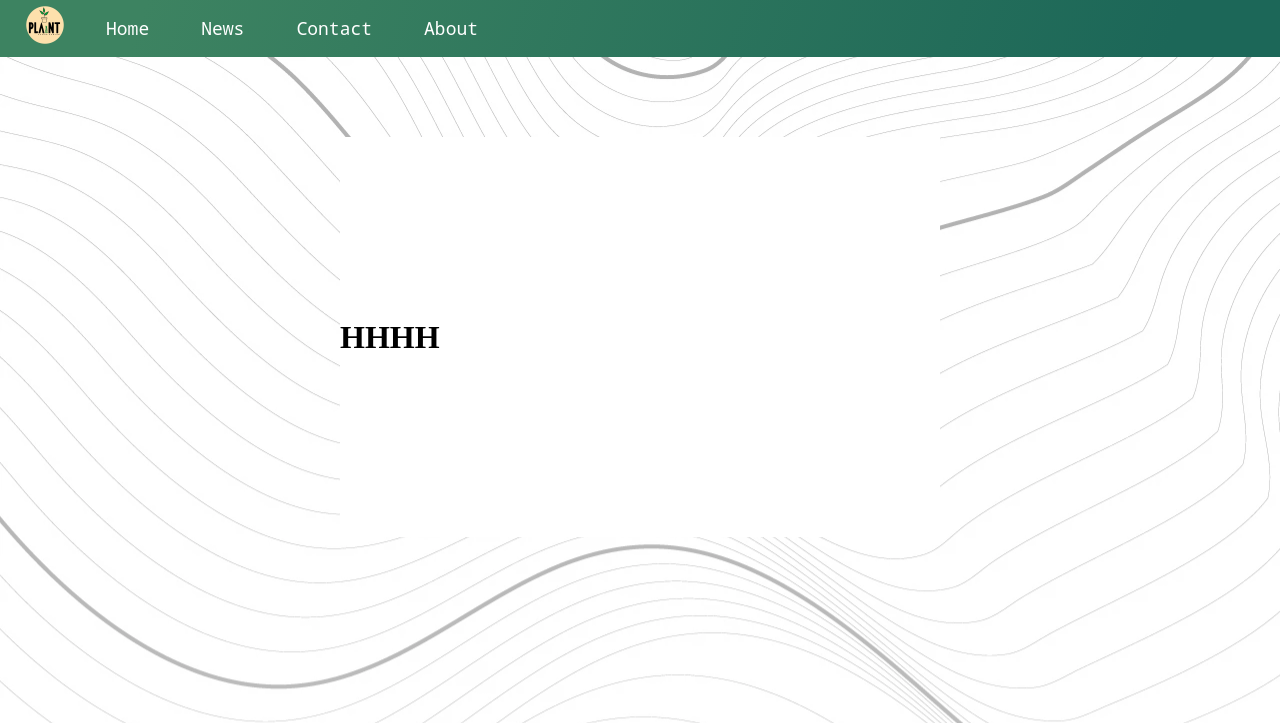
Repository: Flexo874/ISITECH-HTML-CSS
Page: about.html
These files come from the project's save history. The page is drawn as it stood at one moment and after the next save; the edit follows.
The browser window is 1280 px wide. The pictures show the whole page.

Above is the page before, as saved 2024-01-04 16:56:17.

### about.html
<!DOCTYPE html>
<html lang="en">
    <head>

        <link rel="icon" href="/images/logo_render_v2.png">
        <title>Plantes & Co</title>
        <link rel="stylesheet" href="about.css">
    </head>
    <body>
        <ul>
            <li>  <img src="images/logo_render_v2.png" alt="Logo"></li>
            <li><a href="index.html">Home</a></li>
            <li><a href="#news">News</a></li>
            <li><a href="/contact/contact.html">Contact</a></li>
            <li><a href="#about">About</a></li>
        </ul>

        <div class="plant-img">
            <div class="fade">

            </div>
            <div class="comment">
                <h1>HHHH</h1>
            </div>
        </div>





    </body>
</html>

### about.css
* {
    margin: 0;
    padding: 0;
    scroll-behavior: smooth;
  }
  ul {
    list-style-type: none;
    margin: 0;
    padding: 0;
    overflow: hidden;
    background-image: linear-gradient(
      109.6deg,
      rgba(61, 131, 97, 1) 11.2%,
      rgba(28, 103, 88, 1) 91.1%
    );
    display: flex;
    list-style: none;
    box-sizing: border-box;
    justify-content: left;
  }

  li img {
    width: 50px;
    height: auto;
    vertical-align: middle;
  }

  li {
    position: relative;
    margin-left: 20px;
  }

  li a {
    display: block;
    color: white;
    text-align: center;
    padding: 18px 16px;
    text-decoration: none;
    font-size: 18px;
    transition: 0.4s ease-in-out;
    position: center;
    font-family: "Noto Mono", monospace;
  }

  li a:hover {
    background-color: #00564B;
    border-radius: 5px;
    transform: scale(1.2);
  }


  .plant-img  {
    width: 100%;
    height: 52vw;
    object-fit: cover;
    overflow: hidden;
    background-image:url(images/lines.webp);
    justify-content: center;
    display: flex;
    vertical-align: middle;
  }

  .plant-img > .fade {
    position: absolute;
    width: 100%;
    height:auto;
    display: flex;
    justify-content: center;
    background-image: linear-gradient(0deg, white 0%, rgba(0,0,0,0) 15%);
  }


  .plant-img > .comment{
    position: relative;
   text-align: center;
    width: 600px;
    background-color:white;
    height: 400px;
    display: flex;
    align-items:center;
    margin-top: 80px;
  }

  .comment p{
    text-align: center;

  }

After the next save:
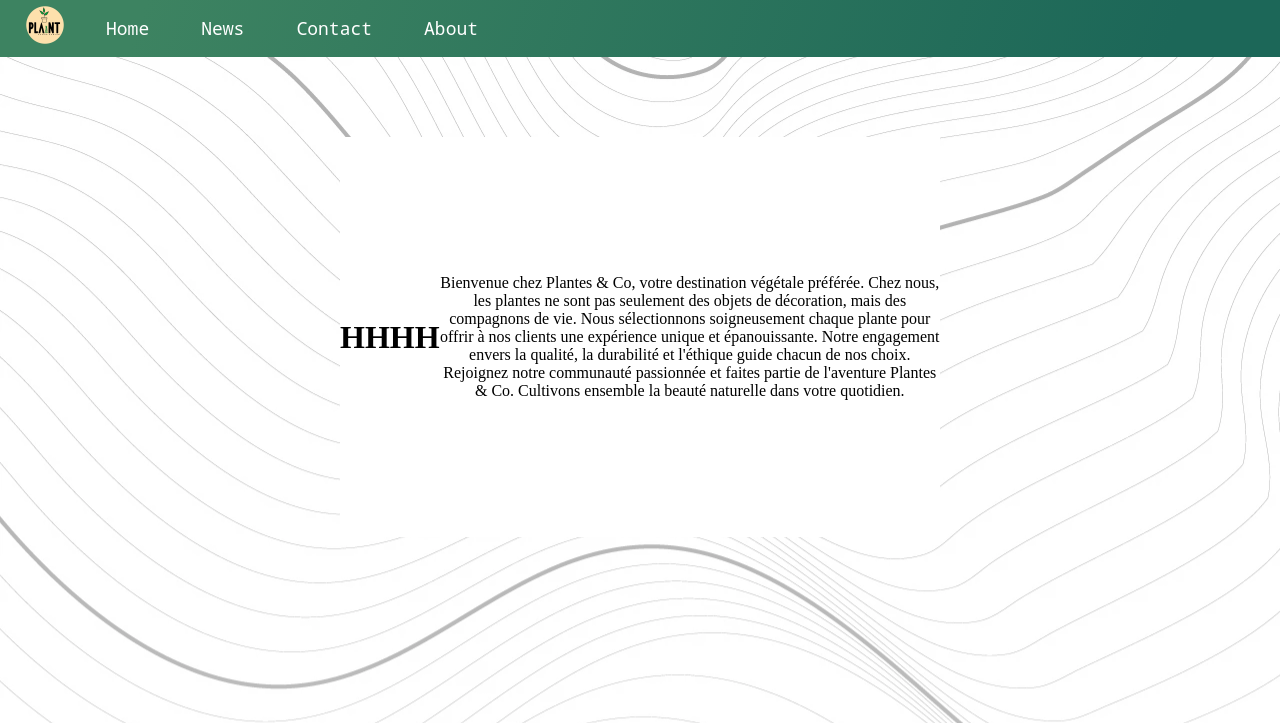
Saved 3 min 9 s later.
--- a/about.html
+++ b/about.html
@@ -21,6 +21,7 @@
             </div>
             <div class="comment">
                 <h1>HHHH</h1>
+                <p>Bienvenue chez Plantes & Co, votre destination végétale préférée. Chez nous, les plantes ne sont pas seulement des objets de décoration, mais des compagnons de vie. Nous sélectionnons soigneusement chaque plante pour offrir à nos clients une expérience unique et épanouissante. Notre engagement envers la qualité, la durabilité et l'éthique guide chacun de nos choix. Rejoignez notre communauté passionnée et faites partie de l'aventure Plantes & Co. Cultivons ensemble la beauté naturelle dans votre quotidien.</p>
             </div>
         </div>
 
